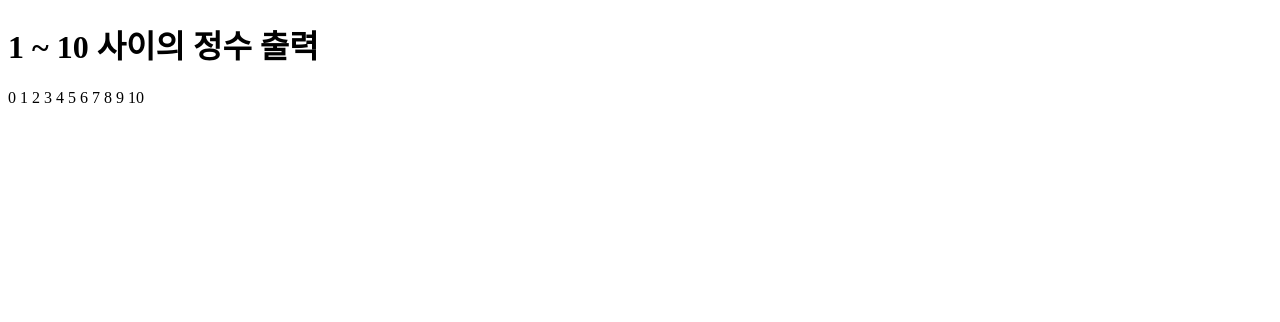
Repository: cdj6995/Web
Page: http://localhost/Lecture-Web/jsp/basic/exam02.jsp
An editor plug-in stored every save of this project. The page is shown before and after the next save, followed by the edit.
The browser window is 1280 px wide. The pictures show the whole page.
The page is served by Tomcat 9.

Above is the page before, as saved 2022-06-02 06:06:27.

After the next save:
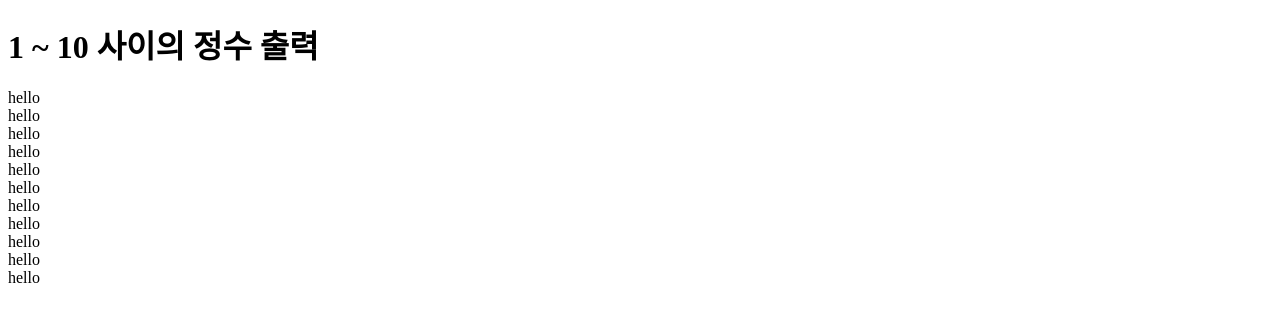
Saved 9 s later.
--- a/Lecture-Web/src/main/webapp/jsp/basic/exam02.jsp
+++ b/Lecture-Web/src/main/webapp/jsp/basic/exam02.jsp
@@ -11,7 +11,7 @@
 	<%
 		for(int i = 0; i < 11; i++){
 	%>
-			<%= i %>
+			hello<br>
 	<%
 		}
 	%>

After the save that followed:
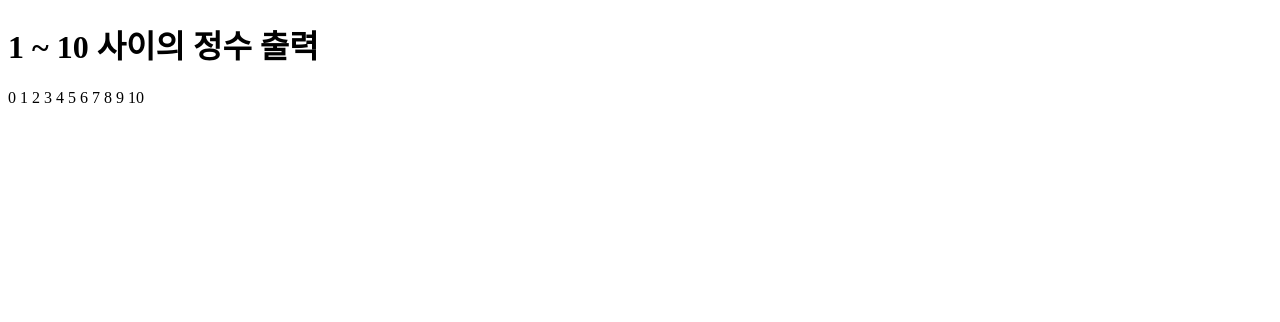
Saved 16 s later.
--- a/Lecture-Web/src/main/webapp/jsp/basic/exam02.jsp
+++ b/Lecture-Web/src/main/webapp/jsp/basic/exam02.jsp
@@ -11,7 +11,7 @@
 	<%
 		for(int i = 0; i < 11; i++){
 	%>
-			hello<br>
+			<%= i %>
 	<%
 		}
 	%>
